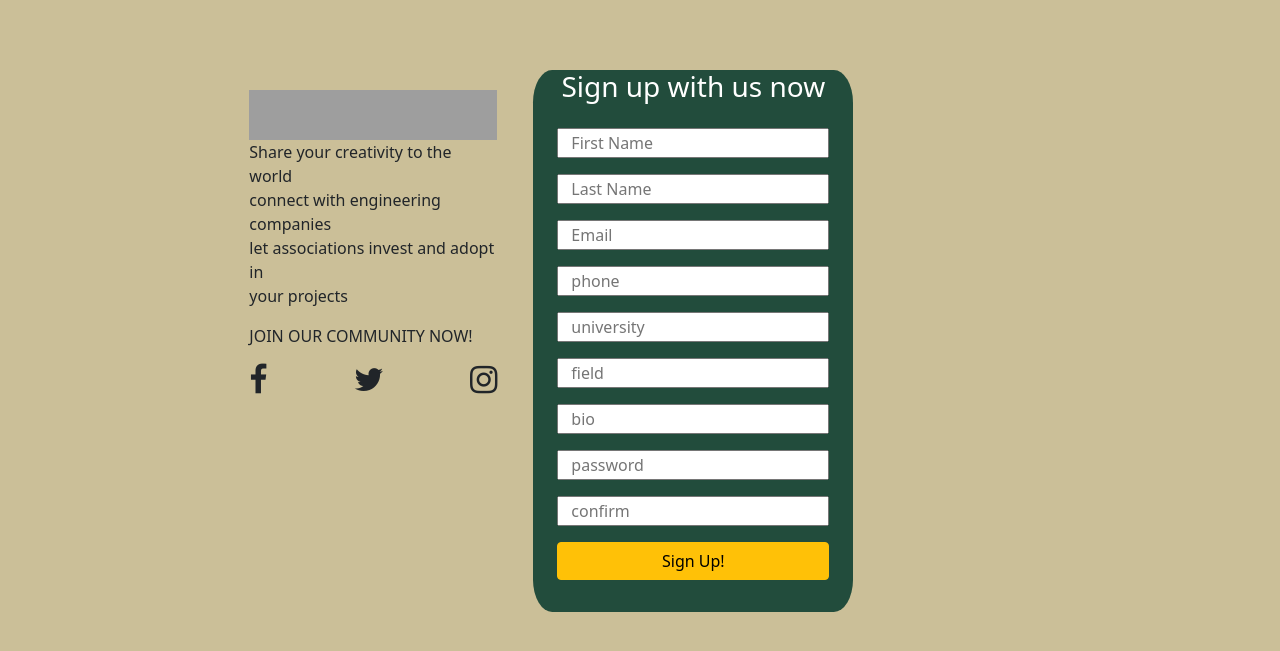
Repository: ahmadjamal-1997/Project-Taqadam
Page: http://localhost/Taqadam/WEB-INF/registrationstudent.jsp
These files come from the project's save history. The page is drawn as it stood at one moment and after the next save; the edit follows.
The browser window is 1280 px wide. The pictures show the whole page.
Pictures or frames that could not be fetched are drawn as grey boxes. The page is served by Tomcat 9. Nobody is signed in. The template is opened directly, without the code that normally fills it, so the values that code supplies are empty.

Above is the page before, as saved 2022-03-31 10:37:56.

After the next save:
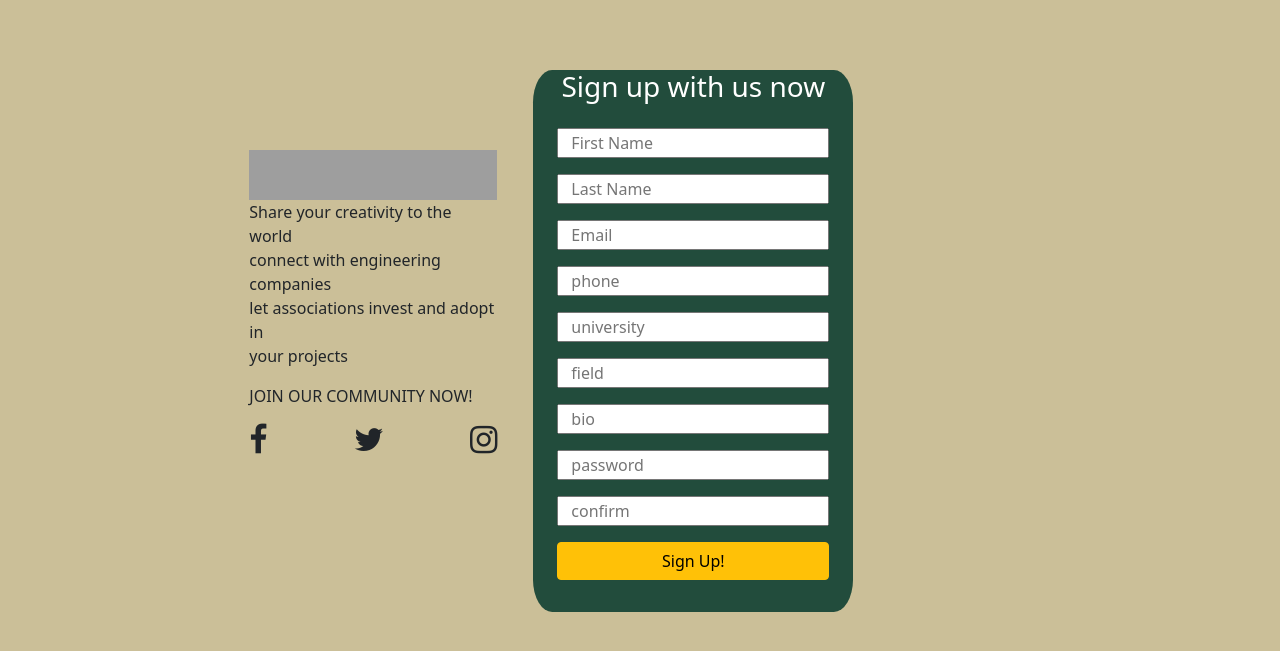
Saved 22 s later.
--- a/Taqadam-new/Taqadam-java/Taqadam-new/Taqadam/src/main/webapp/WEB-INF/registrationstudent.jsp
+++ b/Taqadam-new/Taqadam-java/Taqadam-new/Taqadam/src/main/webapp/WEB-INF/registrationstudent.jsp
@@ -37,7 +37,7 @@
             <div class="col-2"></div>
             <div class="col-3">
             <div class="container">
-            <div class="row" style="height:20px;">
+            <div class="row" style="height:80px;">
             </div>
             	<div class="row">
                 <img src="/photo/taqdam-01.png" alt="logo">
